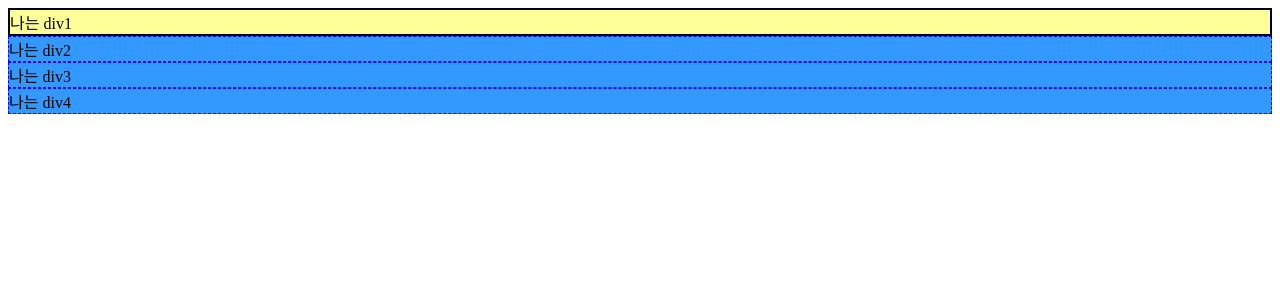
Repository: raccoon304/gugkbi_jsp
Page: HTML5/src/main/webapp/ch01_cssOrder/cssOrder.html
The author's editor kept a copy of each file at every save. The page is drawn from the files as they stood at one save, then again after the next save.
The browser window is 1280 px wide. The pictures show the whole page.

Above is the page before, as saved 2025-11-13 07:30:55.

### HTML5/src/main/webapp/ch01_cssOrder/cssOrder.html
<!DOCTYPE html>
<html>
<head>
<meta charset="UTF-8">
<title>CSS(Cascading Style Sheets)의 우선순위에 대해서 알아본다.</title>

<style type="text/css">
	/* css주석문 */

	div{
		border: dashed 1px blue; /* 테두리 : 점선 두께 1px 파랑색 */
		background-color: #3399ff 	/* 배경색 */
	}

</style>

</head>
<body>
	<!--  HTML 주석문  -->
	<div style ="border: solid 2px black; background-color: #ffff99">나는 div1</div>
	<div>나는 div2</div>
	<div>나는 div3</div>
	<div>나는 div4</div>
</body>
</html>

After the next save:
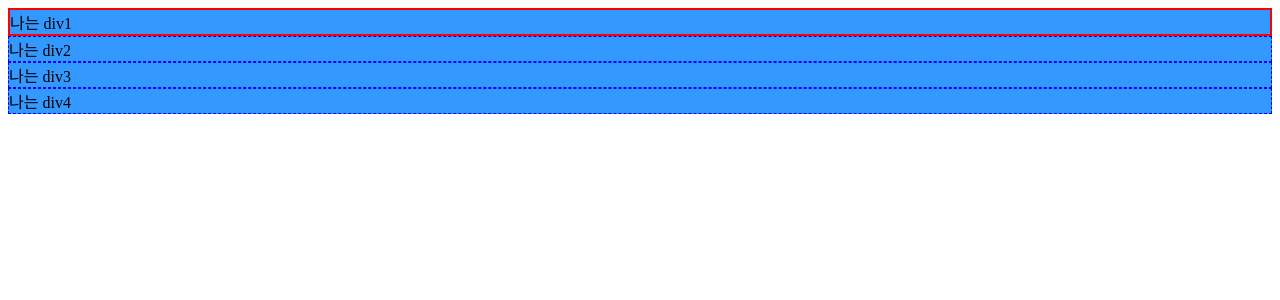
Saved 4 min 0 s later.
--- a/HTML5/src/main/webapp/ch01_cssOrder/cssOrder.html
+++ b/HTML5/src/main/webapp/ch01_cssOrder/cssOrder.html
@@ -6,7 +6,10 @@
 
 <style type="text/css">
 	/* css주석문 */
-
+	/*
+		===== CSS(Cascading Style Sheets)의 우선순위 =====
+		해당 태그에 직접준것(인라인방식) HTML 파일에서 준 style태그(임배디드방식)
+	*/
 	div{
 		border: dashed 1px blue; /* 테두리 : 점선 두께 1px 파랑색 */
 		background-color: #3399ff 	/* 배경색 */
@@ -17,7 +20,7 @@
 </head>
 <body>
 	<!--  HTML 주석문  -->
-	<div style ="border: solid 2px black; background-color: #ffff99">나는 div1</div>
+	<div style ="border: solid 2px red; ">나는 div1</div>
 	<div>나는 div2</div>
 	<div>나는 div3</div>
 	<div>나는 div4</div>
